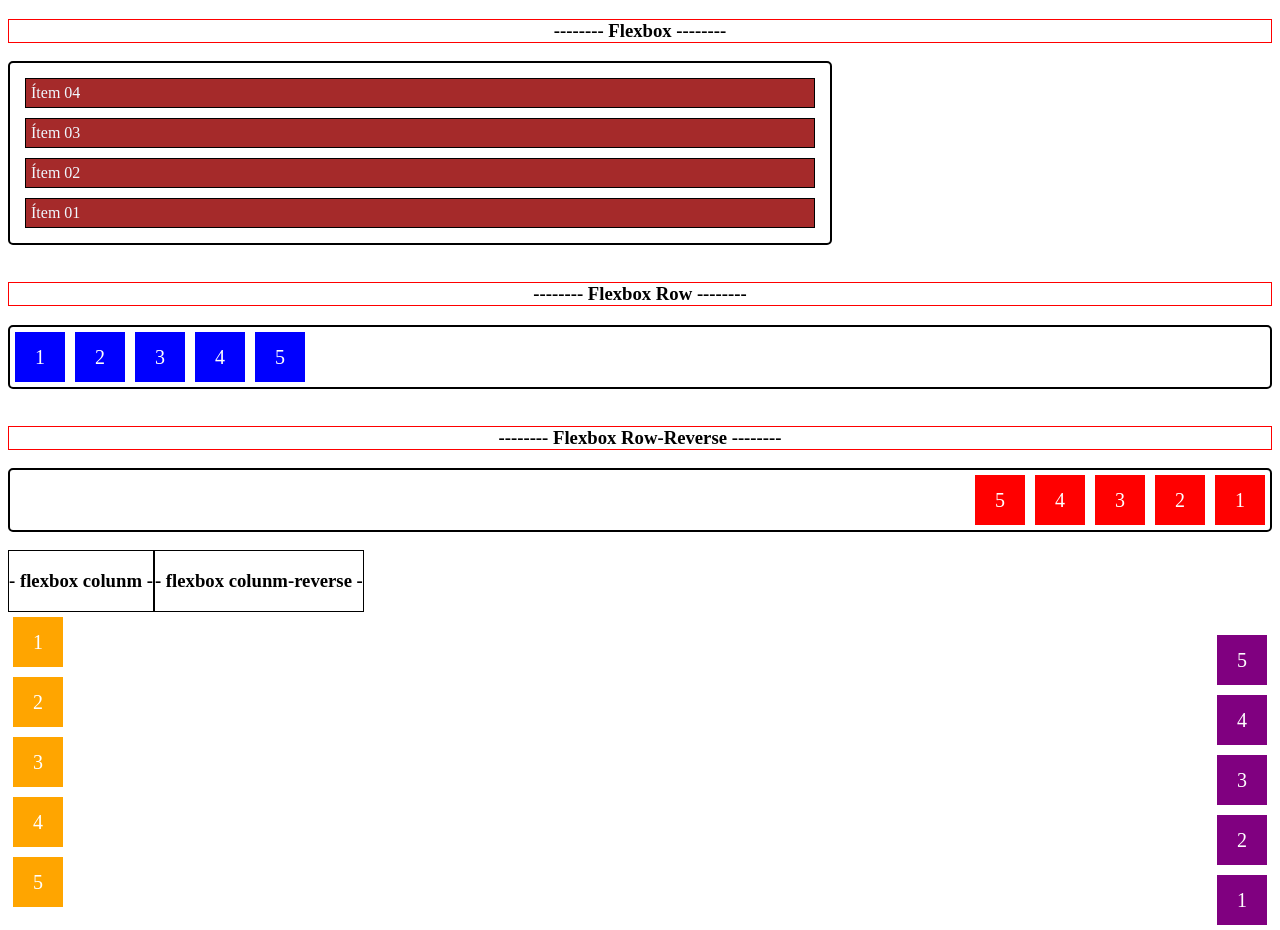
Repository: ozielms/flexbox
Page: outros/flexbox-master/index.html
An editor plug-in stored every save of this project. The page is shown before and after the next save, followed by the edit.
The browser window is 1280 px wide. The pictures show the whole page.

Above is the page before, as saved 2022-04-26 00:15:15.

After the next save:
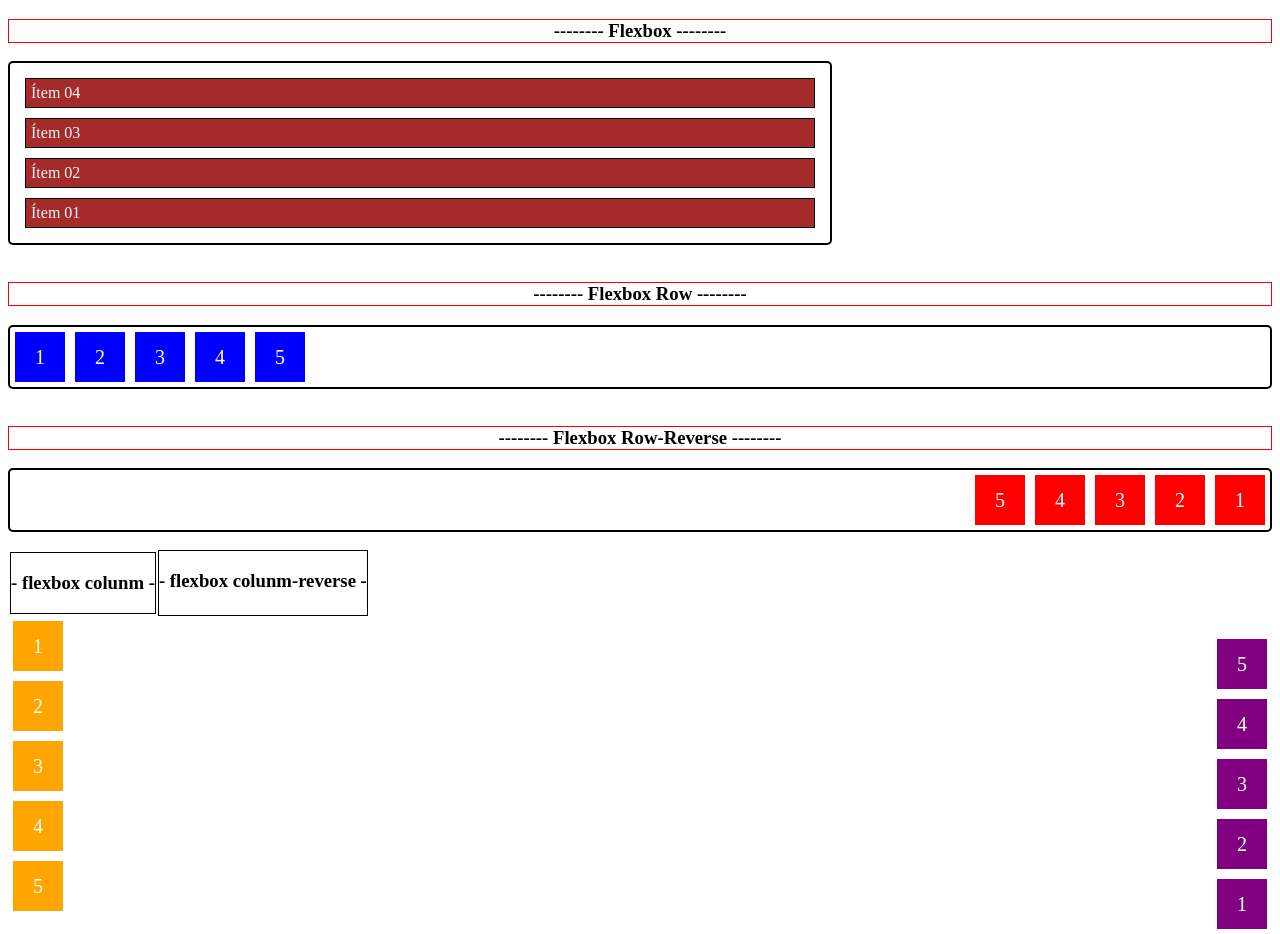
Saved 15 s later.
--- a/outros/flexbox-master/css/estilo.css
+++ b/outros/flexbox-master/css/estilo.css
@@ -9,6 +9,7 @@
 }
 
 .titulo-colunm {
+    margin: 2px;
     border: 1px solid black;
 }
 
